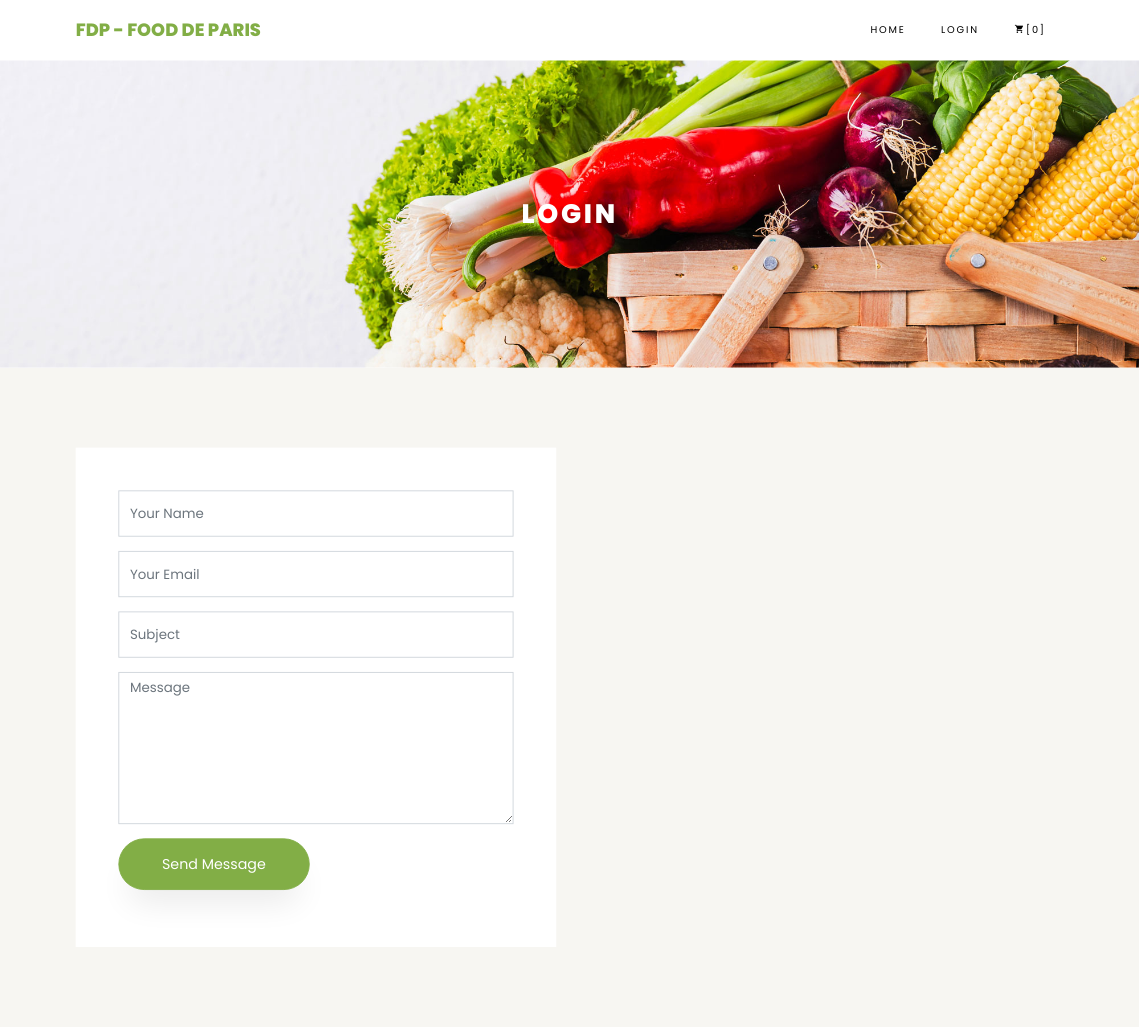
Repository: MacCampers/java-stuff
Page: workspaceJSP/projetRestaurant/WebContent/login.html
The author's editor kept a copy of each file at every save. The page is drawn from the files as they stood at one save, then again after the next save.
The browser window is 1280 px wide. The pictures show the whole page, at 89% of full size.
Some web fonts or font styles are not loaded; a fallback is used.

Above is the page before, as saved 2020-02-07 14:11:37.

### workspaceJSP/projetRestaurant/WebContent/login.html
<!DOCTYPE html>
<html lang="en">
<head>
<title>FDP - Food De Paris</title>
<meta charset="utf-8">
<meta name="viewport"
	content="width=device-width, initial-scale=1, shrink-to-fit=no">
<link
	href="https://fonts.googleapis.com/css?family=Poppins:200,300,400,500,600,700,800&display=swap"
	rel="stylesheet">
<link
	href="https://fonts.googleapis.com/css?family=Lora:400,400i,700,700i&display=swap"
	rel="stylesheet">
<link
	href="https://fonts.googleapis.com/css?family=Amatic+SC:400,700&display=swap"
	rel="stylesheet">
<link rel="stylesheet" href="css/open-iconic-bootstrap.min.css">
<link rel="stylesheet" href="css/animate.css">
<link rel="stylesheet" href="css/owl.carousel.min.css">
<link rel="stylesheet" href="css/owl.theme.default.min.css">
<link rel="stylesheet" href="css/magnific-popup.css">
<link rel="stylesheet" href="css/aos.css">
<link rel="stylesheet" href="css/ionicons.min.css">
<link rel="stylesheet" href="css/bootstrap-datepicker.css">
<link rel="stylesheet" href="css/jquery.timepicker.css">
<link rel="stylesheet" href="css/flaticon.css">
<link rel="stylesheet" href="css/icomoon.css">
<link rel="stylesheet" href="css/style.css">
</head>
<body class="goto-here">

	<nav
		class="navbar navbar-expand-lg navbar-dark ftco_navbar bg-dark ftco-navbar-light"
		id="ftco-navbar">
		<div class="container">
			<a class="navbar-brand" href="index.html">FDP - Food De Paris</a>
			<button class="navbar-toggler" type="button" data-toggle="collapse"
				data-target="#ftco-nav" aria-controls="ftco-nav"
				aria-expanded="false" aria-label="Toggle navigation">
				<span class="oi oi-menu"></span> Menu
			</button>

			<div class="collapse navbar-collapse" id="ftco-nav">
				<ul class="navbar-nav ml-auto">
					<li class="nav-item active"><a href="index.html"
						class="nav-link">Home</a></li>
					<li class="nav-item active"><a href="login.html"
						class="nav-link">Login</a></li>

					<li class="nav-item cta cta-colored"><a href="cart.html"
						class="nav-link"><span class="icon-shopping_cart"></span>[0]</a></li>

				</ul>
			</div>
		</div>
	</nav>
	<!-- END nav -->

	<div class="hero-wrap hero-bread"
		style="background-image: url('images/bg_1.jpg');">
		<div class="container">
			<div
				class="row no-gutters slider-text align-items-center justify-content-center">
				<div class="col-md-9 ftco-animate text-center">
					<h1 class="mb-0 bread">Login</h1>
				</div>
			</div>
		</div>
	</div>

	<section class="ftco-section contact-section bg-light">
		<div class="container">


			<div class="row block-9">

							<div class="col-md-6 order-md-last d-flex centered">
					<form action="#" class="bg-white p-5 contact-form">
						<div class="form-group">
							<input type="text" class="form-control" placeholder="Your Name">
						</div>
						<div class="form-group">
							<input type="text" class="form-control" placeholder="Your Email">
						</div>
						<div class="form-group">
							<input type="text" class="form-control" placeholder="Subject">
						</div>
						<div class="form-group">
							<textarea name="" id="" cols="30" rows="7" class="form-control"
								placeholder="Message"></textarea>
						</div>
						<div class="form-group">
							<input type="submit" value="Send Message"
								class="btn btn-primary py-3 px-5">
						</div>
					</form>

				</div>
			</div>
		</div>
	</section>


	<!-- loader -->
	<div id="ftco-loader" class="show fullscreen">
		<svg class="circular" width="48px" height="48px">
			<circle class="path-bg" cx="24" cy="24" r="22" fill="none"
				stroke-width="4" stroke="#eeeeee" />
			<circle class="path" cx="24" cy="24" r="22" fill="none"
				stroke-width="4" stroke-miterlimit="10" stroke="#F96D00" /></svg>
	</div>


	<script src="js/jquery.min.js"></script>
	<script src="js/jquery-migrate-3.0.1.min.js"></script>
	<script src="js/popper.min.js"></script>
	<script src="js/bootstrap.min.js"></script>
	<script src="js/jquery.easing.1.3.js"></script>
	<script src="js/jquery.waypoints.min.js"></script>
	<script src="js/jquery.stellar.min.js"></script>
	<script src="js/owl.carousel.min.js"></script>
	<script src="js/jquery.magnific-popup.min.js"></script>
	<script src="js/aos.js"></script>
	<script src="js/jquery.animateNumber.min.js"></script>
	<script src="js/bootstrap-datepicker.js"></script>
	<script src="js/scrollax.min.js"></script>
	<script src="js/main.js"></script>

</body>
</html>

### workspaceJSP/projetRestaurant/WebContent/js/main.js
 AOS.init({
 	duration: 800,
 	easing: 'slide'
 });

(function($) {

	"use strict";

	var isMobile = {
		Android: function() {
			return navigator.userAgent.match(/Android/i);
		},
			BlackBerry: function() {
			return navigator.userAgent.match(/BlackBerry/i);
		},
			iOS: function() {
			return navigator.userAgent.match(/iPhone|iPad|iPod/i);
		},
			Opera: function() {
			return navigator.userAgent.match(/Opera Mini/i);
		},
			Windows: function() {
			return navigator.userAgent.match(/IEMobile/i);
		},
			any: function() {
			return (isMobile.Android() || isMobile.BlackBerry() || isMobile.iOS() || isMobile.Opera() || isMobile.Windows());
		}
	};


	$(window).stellar({
    responsive: true,
    parallaxBackgrounds: true,
    parallaxElements: true,
    horizontalScrolling: false,
    hideDistantElements: false,
    scrollProperty: 'scroll'
  });


	var fullHeight = function() {

		$('.js-fullheight').css('height', $(window).height());
		$(window).resize(function(){
			$('.js-fullheight').css('height', $(window).height());
		});

	};
	fullHeight();

	// loader
	var loader = function() {
		setTimeout(function() {
			if($('#ftco-loader').length > 0) {
				$('#ftco-loader').removeClass('show');
			}
		}, 1);
	};
	loader();

	// Scrollax
   $.Scrollax();

	var carousel = function() {
		$('.home-slider').owlCarousel({
	    loop:true,
	    autoplay: true,
	    margin:0,
	    animateOut: 'fadeOut',
	    animateIn: 'fadeIn',
	    nav:false,
	    autoplayHoverPause: false,
	    items: 1,
	    navText : ["<span class='ion-md-arrow-back'></span>","<span class='ion-chevron-right'></span>"],
	    responsive:{
	      0:{
	        items:1
	      },
	      600:{
	        items:1
	      },
	      1000:{
	        items:1
	      }
	    }
		});

		$('.carousel-testimony').owlCarousel({
			center: true,
			loop: true,
			items:1,
			margin: 30,
			stagePadding: 0,
			nav: false,
			navText: ['<span class="ion-ios-arrow-back">', '<span class="ion-ios-arrow-forward">'],
			responsive:{
				0:{
					items: 1
				},
				600:{
					items: 3
				},
				1000:{
					items: 3
				}
			}
		});

	};
	carousel();

	$('nav .dropdown').hover(function(){
		var $this = $(this);
		// 	 timer;
		// clearTimeout(timer);
		$this.addClass('show');
		$this.find('> a').attr('aria-expanded', true);
		// $this.find('.dropdown-menu').addClass('animated-fast fadeInUp show');
		$this.find('.dropdown-menu').addClass('show');
	}, function(){
		var $this = $(this);
			// timer;
		// timer = setTimeout(function(){
			$this.removeClass('show');
			$this.find('> a').attr('aria-expanded', false);
			// $this.find('.dropdown-menu').removeClass('animated-fast fadeInUp show');
			$this.find('.dropdown-menu').removeClass('show');
		// }, 100);
	});


	$('#dropdown04').on('show.bs.dropdown', function () {
	  console.log('show');
	});

	// scroll
	var scrollWindow = function() {
		$(window).scroll(function(){
			var $w = $(this),
					st = $w.scrollTop(),
					navbar = $('.ftco_navbar'),
					sd = $('.js-scroll-wrap');

			if (st > 150) {
				if ( !navbar.hasClass('scrolled') ) {
					navbar.addClass('scrolled');
				}
			}
			if (st < 150) {
				if ( navbar.hasClass('scrolled') ) {
					navbar.removeClass('scrolled sleep');
				}
			}
			if ( st > 350 ) {
				if ( !navbar.hasClass('awake') ) {
					navbar.addClass('awake');
				}

				if(sd.length > 0) {
					sd.addClass('sleep');
				}
			}
			if ( st < 350 ) {
				if ( navbar.hasClass('awake') ) {
					navbar.removeClass('awake');
					navbar.addClass('sleep');
				}
				if(sd.length > 0) {
					sd.removeClass('sleep');
				}
			}
		});
	};
	scrollWindow();


	var counter = function() {

		$('#section-counter').waypoint( function( direction ) {

			if( direction === 'down' && !$(this.element).hasClass('ftco-animated') ) {

				var comma_separator_number_step = $.animateNumber.numberStepFactories.separator(',')
				$('.number').each(function(){
					var $this = $(this),
						num = $this.data('number');
						console.log(num);
					$this.animateNumber(
					  {
					    number: num,
					    numberStep: comma_separator_number_step
					  }, 7000
					);
				});

			}

		} , { offset: '95%' } );

	}
	counter();

	var contentWayPoint = function() {
		var i = 0;
		$('.ftco-animate').waypoint( function( direction ) {

			if( direction === 'down' && !$(this.element).hasClass('ftco-animated') ) {

				i++;

				$(this.element).addClass('item-animate');
				setTimeout(function(){

					$('body .ftco-animate.item-animate').each(function(k){
						var el = $(this);
						setTimeout( function () {
							var effect = el.data('animate-effect');
							if ( effect === 'fadeIn') {
								el.addClass('fadeIn ftco-animated');
							} else if ( effect === 'fadeInLeft') {
								el.addClass('fadeInLeft ftco-animated');
							} else if ( effect === 'fadeInRight') {
								el.addClass('fadeInRight ftco-animated');
							} else {
								el.addClass('fadeInUp ftco-animated');
							}
							el.removeClass('item-animate');
						},  k * 50, 'easeInOutExpo' );
					});

				}, 100);

			}

		} , { offset: '95%' } );
	};
	contentWayPoint();


	// navigation
	var OnePageNav = function() {
		$(".smoothscroll[href^='#'], #ftco-nav ul li a[href^='#']").on('click', function(e) {
		 	e.preventDefault();

		 	var hash = this.hash,
		 			navToggler = $('.navbar-toggler');
		 	$('html, body').animate({
		    scrollTop: $(hash).offset().top
		  }, 700, 'easeInOutExpo', function(){
		    window.location.hash = hash;
		  });


		  if ( navToggler.is(':visible') ) {
		  	navToggler.click();
		  }
		});
		$('body').on('activate.bs.scrollspy', function () {
		  console.log('nice');
		})
	};
	OnePageNav();


	// magnific popup
	$('.image-popup').magnificPopup({
    type: 'image',
    closeOnContentClick: true,
    closeBtnInside: false,
    fixedContentPos: true,
    mainClass: 'mfp-no-margins mfp-with-zoom', // class to remove default margin from left and right side
     gallery: {
      enabled: true,
      navigateByImgClick: true,
      preload: [0,1] // Will preload 0 - before current, and 1 after the current image
    },
    image: {
      verticalFit: true
    },
    zoom: {
      enabled: true,
      duration: 300 // don't foget to change the duration also in CSS
    }
  });

  $('.popup-youtube, .popup-vimeo, .popup-gmaps').magnificPopup({
    disableOn: 700,
    type: 'iframe',
    mainClass: 'mfp-fade',
    removalDelay: 160,
    preloader: false,

    fixedContentPos: false
  });



	var goHere = function() {

		$('.mouse-icon').on('click', function(event){

			event.preventDefault();

			$('html,body').animate({
				scrollTop: $('.goto-here').offset().top
			}, 500, 'easeInOutExpo');

			return false;
		});
	};
	goHere();


	function makeTimer() {

		var endTime = new Date("21 December 2019 9:56:00 GMT+01:00");
		endTime = (Date.parse(endTime) / 1000);

		var now = new Date();
		now = (Date.parse(now) / 1000);

		var timeLeft = endTime - now;

		var days = Math.floor(timeLeft / 86400);
		var hours = Math.floor((timeLeft - (days * 86400)) / 3600);
		var minutes = Math.floor((timeLeft - (days * 86400) - (hours * 3600 )) / 60);
		var seconds = Math.floor((timeLeft - (days * 86400) - (hours * 3600) - (minutes * 60)));

		if (hours < "10") { hours = "0" + hours; }
		if (minutes < "10") { minutes = "0" + minutes; }
		if (seconds < "10") { seconds = "0" + seconds; }

		$("#days").html(days + "<span>Days</span>");
		$("#hours").html(hours + "<span>Hours</span>");
		$("#minutes").html(minutes + "<span>Minutes</span>");
		$("#seconds").html(seconds + "<span>Seconds</span>");

}

setInterval(function() { makeTimer(); }, 1000);



})(jQuery);

Loaded but not shown: workspaceJSP/projetRestaurant/WebContent/css/open-iconic-bootstrap.min.css (library); workspaceJSP/projetRestaurant/WebContent/css/animate.css (library); workspaceJSP/projetRestaurant/WebContent/css/owl.carousel.min.css (library); workspaceJSP/projetRestaurant/WebContent/css/owl.theme.default.min.css (common file); workspaceJSP/projetRestaurant/WebContent/css/magnific-popup.css (library); workspaceJSP/projetRestaurant/WebContent/css/aos.css (library); workspaceJSP/projetRestaurant/WebContent/css/ionicons.min.css (library); workspaceJSP/projetRestaurant/WebContent/css/bootstrap-datepicker.css (library); workspaceJSP/projetRestaurant/WebContent/css/jquery.timepicker.css (common file); workspaceJSP/projetRestaurant/WebContent/css/flaticon.css (common file); workspaceJSP/projetRestaurant/WebContent/css/icomoon.css (common file); workspaceJSP/projetRestaurant/WebContent/css/style.css (library); workspaceJSP/projetRestaurant/WebContent/js/jquery.min.js (library); workspaceJSP/projetRestaurant/WebContent/js/jquery-migrate-3.0.1.min.js (library); workspaceJSP/projetRestaurant/WebContent/js/popper.min.js (library); workspaceJSP/projetRestaurant/WebContent/js/bootstrap.min.js (library); workspaceJSP/projetRestaurant/WebContent/js/jquery.easing.1.3.js (library); workspaceJSP/projetRestaurant/WebContent/js/jquery.waypoints.min.js (library); workspaceJSP/projetRestaurant/WebContent/js/jquery.stellar.min.js (library); workspaceJSP/projetRestaurant/WebContent/js/owl.carousel.min.js (library); workspaceJSP/projetRestaurant/WebContent/js/jquery.magnific-popup.min.js (library); workspaceJSP/projetRestaurant/WebContent/js/aos.js (library); workspaceJSP/projetRestaurant/WebContent/js/jquery.animateNumber.min.js (common file); workspaceJSP/projetRestaurant/WebContent/js/bootstrap-datepicker.js (library); workspaceJSP/projetRestaurant/WebContent/js/scrollax.min.js (library)

After the next save:
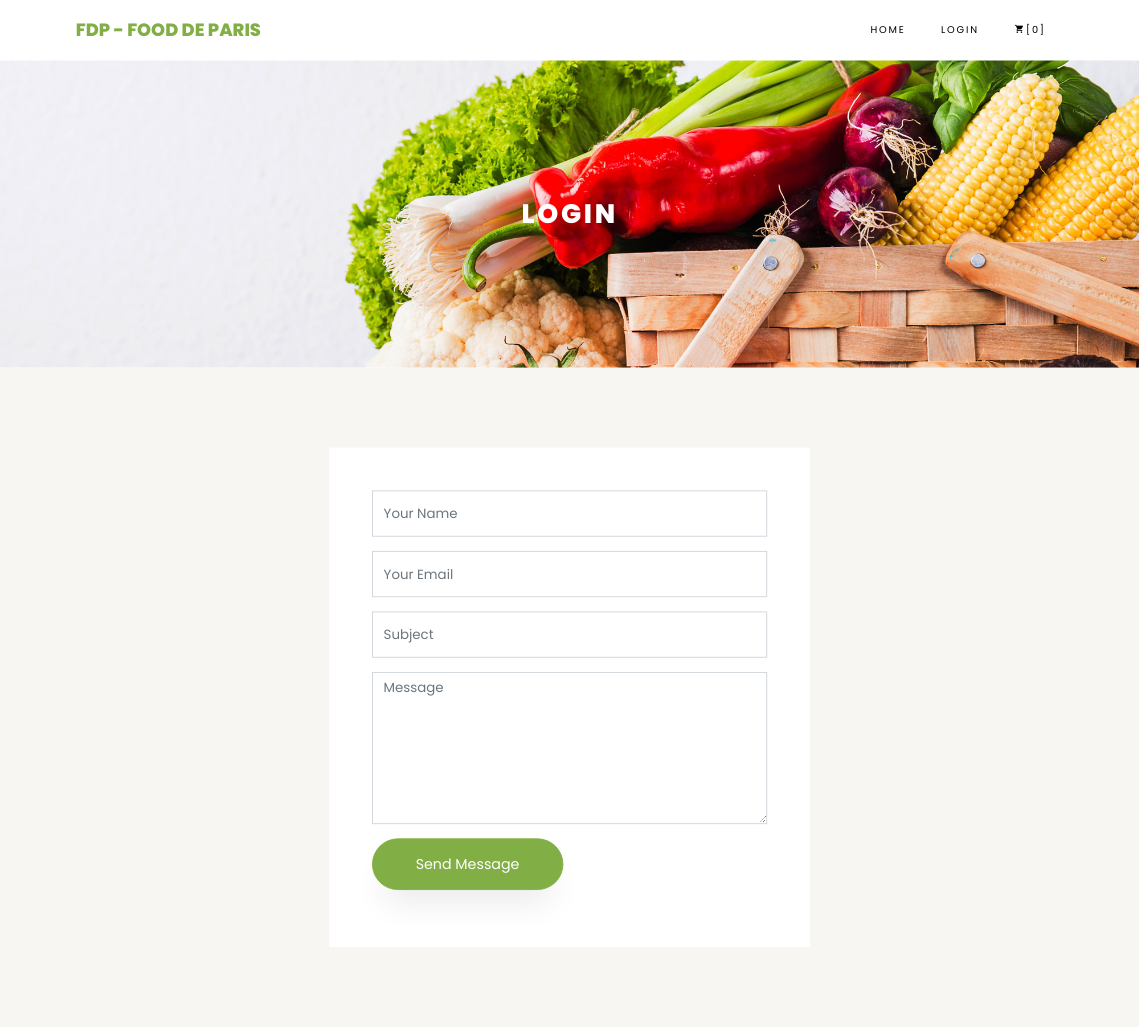
Saved 20 s later.
--- a/workspaceJSP/projetRestaurant/WebContent/login.html
+++ b/workspaceJSP/projetRestaurant/WebContent/login.html
@@ -73,8 +73,9 @@
 
 
 			<div class="row block-9">
-
-							<div class="col-md-6 order-md-last d-flex centered">
+				<div class="col-md-3 order-md-last d-flex empty">
+				</div>
+							<div class="col-md-6 order-md-last d-flex">
 					<form action="#" class="bg-white p-5 contact-form">
 						<div class="form-group">
 							<input type="text" class="form-control" placeholder="Your Name">
